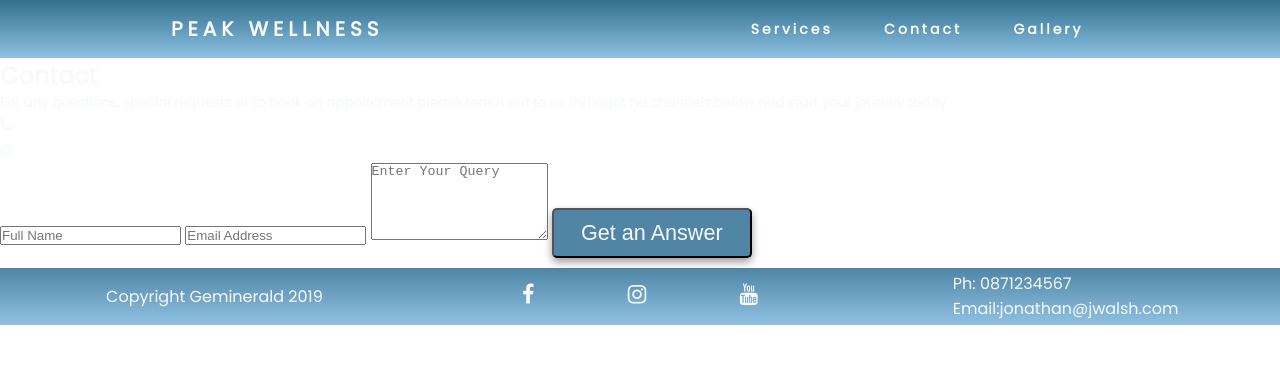
Repository: geminerald/peakwellness
Page: contact.html
The author's editor kept a record of every edit. The page is drawn from the files as they stood at one moment, then again after the next edit.
The browser window is 1280 px wide. The pictures show the whole page.

Above is the page before.

### contact.html
<!DOCTYPE html>
<html lang="en">

<head>
    <meta charset="UTF-8">
    <meta name="viewport" content="width=device-width, initial-scale=1.0, maximum-scale=1.0, user-scalable=0">
    <meta http-equiv="X-UA-Compatible" content="ie=edge">
    <link rel="stylesheet" href="assets/style.css" type="text/css" />
    <link href="https://fonts.googleapis.com/css?family=Poppins&display=swap" rel="stylesheet">
    <title>Peak Wellness</title>
    <link rel="icon" href="./images/peak-icon.png">
    <link rel="stylesheet" href="https://stackpath.bootstrapcdn.com/font-awesome/4.7.0/css/font-awesome.min.css" type="text/css" />

</head>

<body>
    <nav>
        <div class="logo">
            <h4><a href="index.html">Peak Wellness</h4></a>
        </div>
        <ul class="nav-links">
            <li>
                <a href="services.html">Services</a>
            </li>
            <li>
                <a href="contact.html">Contact</a>
            </li>
            <li>
                <a href="gallery.html">Gallery</a>
            </li>

        </ul>
        <div class="burger">
            <div class="line1"></div>
            <div class="line2"></div>
            <div class="line3"></div>
        </div>
    </nav>
    <section>
        <div class="contact-container">

            <h1>Contact</h1>
            <div class="contacts">
                <h5>For any questions, special requests or to book an appointment please reach out to us throught he channels below and start your journey today</h5>
                <div class="contact"><i class="fa fa-phone"></i></div>
                <div class="contact"><i class="fa fa-at"></i></div>
                <div class="contact"></div>
            </div>
            <div class="center-form">
                <form>
                    <input type="text" name="Name" Class="form-control" id="fullname" placeholder="Full Name" required />
                    <input type="email" name="emailaddress" Class="form-control" id="emailaddress" placeholder="Email Address" />
                    <textarea rows="5" name="projectsummary" class="form-control" id="projectsummary" placeholder="Enter Your Query" /></textarea>
                    <button type="submit" class="btn btn-secondary center-block">Get an Answer</button>

                </form>
            </div>
        </div>

    </section>
    <footer>
        <div class="f-item">
            <a class="show-mobile" target="_blank" href="https://github.com/geminerald"><i class="fa fa-copyright"></i> </a>
            <p class="hidden-mobile">Copyright <a target="_blank" href="https://github.com/geminerald"> Geminerald </a> 2019</p>
        </div>
        <div class="f-item">
            <ul class="social-links">
                <li><a target="_blank" href="https://www.facebook.com/PeakWellnessstudio/"><i class="fa fa-facebook"></i></a></li>
                <li><a target="_blank" href="https://www.instagram.com/thepeakwellnessstudio/"><i class="fa fa-instagram"></i></a></li>
                <li><a target="_blank" href="https://www.youtube.com/channel/UC_d9R5XdeesvneUyRDroG0w?"><i class="fa fa-youtube"></i></a></li>
            </ul>
        </div>
        <div class="f-item">
            <a class="show-mobile" href="contact.html"><i class="fa fa-phone"></i></a>
            <p class="hidden-mobile">Ph: 0871234567<br>Email:jonathan@jwalsh.com</p>
        </div>
    </footer>
    <script src="./assets/nav.js"></script>
</body>

</html>

### assets/style.css
* {
    margin: 0;
    padding: 0;
    box-sizing: border-box;
}

body {
    font-family: 'Poppins', sans-serif;
    color: #f7f9fb;
}

a {
    text-decoration: none;
    color: #f7f9fb;
}

/*----------------------------------------------------------------Colours

Grey/Green: #687864
Dark Blue: #31708e
Medium Blue: #5085a5
Light Blue: #8fc1e3
White: #f7f9fb

Colours from: https://visme.co/blog/website-color-schemes/

*/

/*----------------------------------------------------------------Nav*/

/*Nav Elements: Dev Ed:

https://www.youtube.com/watch?v=gXkqy0b4M5g

*/

nav {
    display: flex;
    justify-content: space-around;
    align-items: center;
    min-height: 8vh;
    background: linear-gradient(180deg, #31708E 0%, #8FC1E3 100%);

}

.logo {
    color: #fafafa;
    text-transform: uppercase;
    letter-spacing: 5px;
    font-size: 20px;

}

.nav-links {
    display: flex;
    width: 30%;
    justify-content: space-around;

}

.nav-links li {
    list-style: none;
}

.nav-links a {
    color: #fafafa;
    text-decoration: none;
    letter-spacing: 3px;
    font-weight: bold;
    font-size: 14px;

}

.burger {
    display: none;
    cursor: pointer;
}

.burger div {
    width: 25px;
    height: 3px;
    background-color: #fafafa;
    margin: 5px;
    transition: all 0.3s ease;

}

@media screen and (max-width:1068px) {
    .nav-links {
        width: 50%;
    }
}

@media screen and (max-width:768px) {
    body {
        overflow-x: hidden;
    }

    .nav-links {
        position: absolute;
        ;
        right: 0px;
        height: 92vh;
        top: 8vh;
        background: linear-gradient(270deg, #31708E 0%, #8FC1E3 100%);
        display: flex;
        flex-direction: column;
        align-items: center;
        width: 70%;
        transform: translateX(100%);
        transition: transform 0.5s ease-in;
        z-index: 1;
    }
    .nav-links li {
        opacity: 0;
    }
    .burger {
        display: block;
    }
}

.nav-active {
    transform: translateX(0%);
}

@keyframes navLinkFade {
    from {
        opacity: 0;
        transform: translateX(50px);
    }
    to {
        opacity: 1;
        transform: translateX(0px);
    }
}

.toggle .line1 {
    transform: rotate(-45deg) translate(-5px, 6px);
}

.toggle .line2 {
    opacity: 0;
}

.toggle .line3 {
    transform: rotate(45deg) translate(-5px, -6px);
}

/*----------------------------------------------------------------Nav*/

/*----------------------------------------------------------------Home*/

.home-container {
    background-image: url("../images/home-bg.jpg");
    background-repeat: no-repeat;
    background-position: center;
    background-size: cover;
    z-index: 0;
    margin: auto;
    height: 90vh;
    width: 100%;
    display: flex;
    justify-content: space-around;
    align-items: center;
    flex-flow: column;
}

.appear1 {
    animation: appear 1s ease-in;
}

.appear2 {
    opacity: 0;
    animation: appear 4s ease-in;
    animation-delay: 2s;
    animation-fill-mode: forwards;
}

/*----------------------------------------------------------------Home*/

/*----------------------------------------------------------------Services*/

.about {
    display: flex;
    flex-flow: column wrap;
    align-items: center;
    color: #31708e;
    margin: 10px 0px 30px 0px;
}

.about h1,
.services h1 {
    margin: 20px;
    font-size: 5vh;
    width: 100%;
    text-align: center;
}

.about p {
    margin: 20px 30px 0px 30px;
    text-align: center;
}

.services {
    display: flex;
    flex-flow: row wrap;
    align-items: center;
    color: #31708e;
    background-color: #f7f9fb;
    justify-content:center;
}

.service-container {
    margin-bottom: 15px;
}

.service {
    display: flex;
    align-items: center;
    justify-content: center;
    flex-flow: column wrap;
    margin:0px 15px 20px 15px;
    min-height:450px;
    min-width:350px;

}

.service p {
    max-width: 350px;
    text-align:center;
}

.image-cropper {
    border: 5px solid #8fc1e3;
    width: 250px;
    height: 250px;
    position: relative;
    overflow: hidden;
    border-radius: 50%;
    box-shadow: 0 2px 4px 0 rgba(0, 0, 0, 0.2);
    transition: 0.3s ease-in;

}

.image-cropper:hover {
    box-shadow: 0 3px 6px 0 rgba(0, 0, 0, 0.4);
}

.image-cropper img {
    display: inline;
    margin: 0 auto;
    height: 100%;
    width: auto;
}

button {
    color: #f7f9fb;
    background-color: #5085a5;
    margin: 10px 0px 10px 0px;
    min-height: 50px;
    min-width: 200px;
    border-radius: 5px;
    box-shadow: 0 4px 8px 0 rgba(0, 0, 0, 0.4);
    transition: 0.3s ease-in;
    font-size: 3vh;
    cursor: pointer;
    padding:10px;
}

button:hover {
    box-shadow: 0 6px 14px 0 rgba(0, 0, 0, 0.6);
}

/*----------------------------------------------------------------Services*/

/*----------------------------------------------------------------Footer*/

footer {
    height: 8vh;
    width: 100%;
    background: linear-gradient(180deg, #5085A5 0%, #8FC1E3 100%);
    display: flex;
    flex-direction: row;
    justify-content: space-evenly;
}

.f-item {
    display: flex;
    align-items: center;
    justify-content: space-evenly;
    flex-direction: row;
    width: 33%;
}

.social-links {
    display: flex;
    justify-content: space-evenly;
    list-style: none;
    width: 100%;
}

.social-links li a i,
.f-item a i {
    font-size: 3vh;
}


.hidden-mobile {
    display: block;
}

.show-mobile {
    display: none;
}

@media screen and (max-width:768px) {
    .hidden-mobile {
        display: none;
    }
    .show-mobile {
        display: block;
    }
}

/*----------------------------------------------------------------Footer*/

/*----------------------------------------------------------------KeyFrames*/

@keyframes appear {
    from {
        opacity: 0
    }
    to {
        opacity: 1
    }

}

/*----------------------------------------------------------------KeyFrames*/

### assets/nav.js
const navSlide = () => {
    const burger = document.querySelector('.burger');
    const nav = document.querySelector('.nav-links');
    const navLinks = document.querySelectorAll('.nav-links li');

    burger.addEventListener('click', () => {
        nav.classList.toggle('nav-active');
        navLinks.forEach((link, index) => {
            if (link.style.animation) {
                link.style.animation = '';
            } else {
                link.style.animation = `navLinkFade 0.5s ease forwards ${index/7 + 1}s`;
            }
        });
        burger.classList.toggle('toggle');
    });
}

navSlide();

After the next edit:
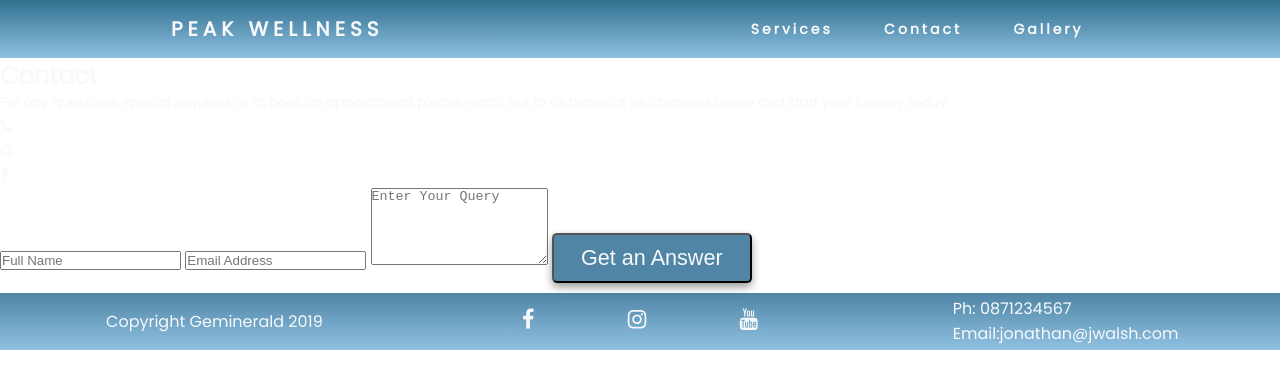
The edit:
--- a/contact.html
+++ b/contact.html
@@ -44,7 +44,7 @@
                 <h5>For any questions, special requests or to book an appointment please reach out to us throught he channels below and start your journey today</h5>
                 <div class="contact"><i class="fa fa-phone"></i></div>
                 <div class="contact"><i class="fa fa-at"></i></div>
-                <div class="contact"></div>
+                <div class="contact"><i class="fa fa-facebook"></i></div>
             </div>
             <div class="center-form">
                 <form>
